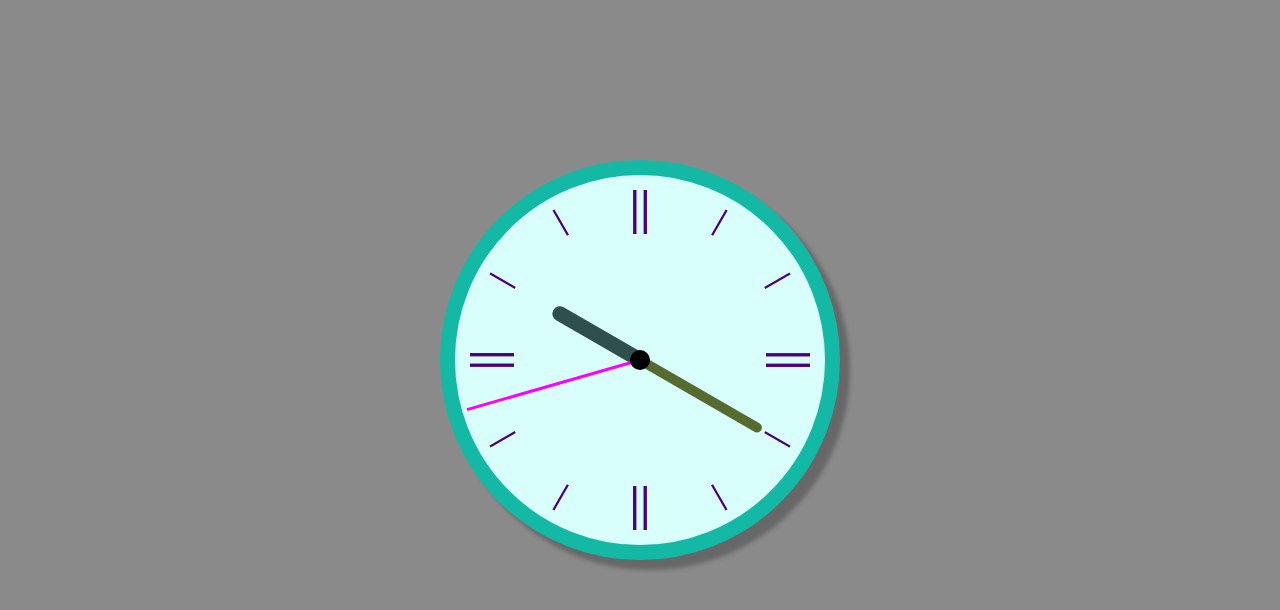
Repository: ChenWarren/web-clock
Page: index.html
These files come from the project's save history. The page is drawn as it stood at one moment and after the next save; the edit follows.
The browser window is 1280 px wide. The pictures show the whole page.

Above is the page before, as saved 2021-03-19 10:05:07.

### index.html
<!DOCTYPE html>
<html lang="en">
<head>
    <meta charset="UTF-8">
    <meta http-equiv="X-UA-Compatible" content="IE=edge">
    <meta name="viewport" content="width=device-width, initial-scale=1.0">
    <link rel="stylesheet" href="main.css">
    <title>Clock</title>
</head>
<body>
    <main class="clock">
        <!-- hour, minute, second handle and center cot -->
        <div class="hour"></div>
        <div class="minute"></div>
        <div class="second"></div>
        <div class="center_dot"></div>

        <!-- time marks on clock -->
        <div class="number dot_1">
            <h4>|</h4>
        </div>
        <div class="number dot_2">
            <h4>|</h4>
        </div>
        <div class="number dot_3">
            <h2>||</h2>
        </div>
        <div class="number dot_4">
            <h4>|</h4>
        </div>
        <div class="number dot_5">
            <h4>|</h4>
        </div>
        <div class="number dot_6">
            <h2>||</h2>
        </div>
        <div class="number dot_7">
            <h4>|</h4>
        </div>
        <div class="number dot_8">
            <h4>|</h4>
        </div>
        <div class="number dot_9">
            <h2>||</h2>
        </div>
        <div class="number dot_10">
            <h4>|</h4>
        </div>
        <div class="number dot_11">
            <h4>|</h4>
        </div>
        <div class="number dot_12">
            <h2>||</h2>
        </div>
    </main>

    <script src="clock.js"></script>

</body>
</html>

### main.css
* {
    margin: 0;
    padding: 0;
    box-sizing: border-box;
}

body {
    background-color: rgb(138, 138, 138);
    display: flex;
    justify-content: center;
    align-items: center;
    width: 100vw;
    height: 100vh;
    overflow: hidden;
}

.clock {
    width: 400px;
    height: 400px;
    border-radius: 50%;
    background: #d8fffb;
    border: 15px solid #14B9A5;
    box-sizing: border-box;
    box-shadow: 10px 10px 4px rgba(0, 0, 0, 0.25);
    position: relative;
}

.hour {
    --rotation: 30deg;
    width: 15px;
    height: 100px;
    background-color:  darkslategray;
    position: absolute;
    left: 50%;
    bottom: 50%;
    transform: translateX(-50%) rotate(var(--rotation));
    transform-origin: center bottom;
    border-top-left-radius: 10px;
    border-top-right-radius: 10px;
}

.minute {
    --rotation: 30deg;
    width: 10px;
    height: 140px;
    background-color:darkolivegreen;
    position: absolute;
    left: 50%;
    bottom: 50%;
    transform: translateX(-50%) rotate(var(--rotation));
    transform-origin: center bottom;
    border-top-left-radius: 5px;
    border-top-right-radius: 5px;
}

.second {
    --rotation: 30deg;
    width: 3px;
    height: 180px;
    background-color: fuchsia;
    position: absolute;
    left: 50%;
    bottom: 50%;
    transform: translateX(-50%) rotate(254deg);
    transform-origin: center bottom;
}

.center_dot {
    background-color: #000;
    width: 20px;
    height: 20px;
    border-radius: 50%;
    position: absolute;
    left: 50%;
    bottom: 50%;
    transform: translate(-50%, 50%);
}

.number {
    display: flex;
    height: 370px;
    width: 370px;
    padding-top: 5px;
    justify-content: center;
    color: indigo;
    position: absolute;
    font-size: 2rem;
}

.dot_1 {
    transform: rotate(30deg);
}

.dot_2 {
    transform: rotate(60deg);
}

.dot_3 {
    transform: rotate(90deg);
}

.dot_4 {
    transform: rotate(120deg);
}

.dot_5 {
    transform: rotate(150deg);
}

.dot_6 {
    transform: rotate(180deg);
}

.dot_7 {
    transform: rotate(210deg);
}

.dot_8 {
    transform: rotate(240deg);
}

.dot_9 {
    transform: rotate(270deg);
}

.dot_10 {
    transform: rotate(300deg);
}

.dot_11 {
    transform: rotate(330deg);
}

### clock.js
// setInterval(setClock, 1000)

function setClock()
{
    let date = new Date()
    let hourRetio = date.getHours()/12
    let minuteRetio = date.getMinutes()/60
    let secondRetio = date.getSeconds()/60

    let hour = document.getElementsByClassName('hour')[0]
    let minute = document.getElementsByClassName('minute')[0]
    let second = document.getElementsByClassName('second')[0]

    let hourDeg = hourRetio*360 + 'deg'
    let minuteDeg = minuteRetio*360 + 'deg'

    hour.style.setProperty('--rotation', hourDeg)
    minute.style.setProperty('--rotation', minuteDeg)

    console.log(hourDeg)
    console.log(minuteDeg)
}

setClock()

After the next save:
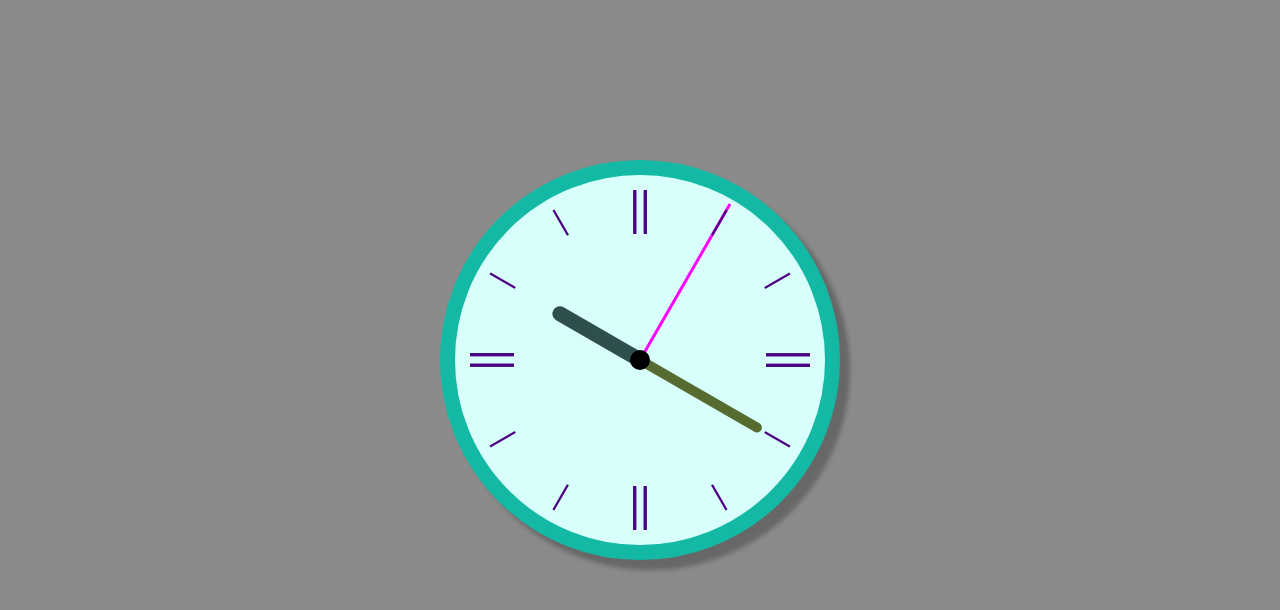
Saved 17 s later.
--- a/main.css
+++ b/main.css
@@ -61,7 +61,7 @@ body {
     position: absolute;
     left: 50%;
     bottom: 50%;
-    transform: translateX(-50%) rotate(254deg);
+    transform: translateX(-50%) rotate(var(--rotation));
     transform-origin: center bottom;
 }
 
